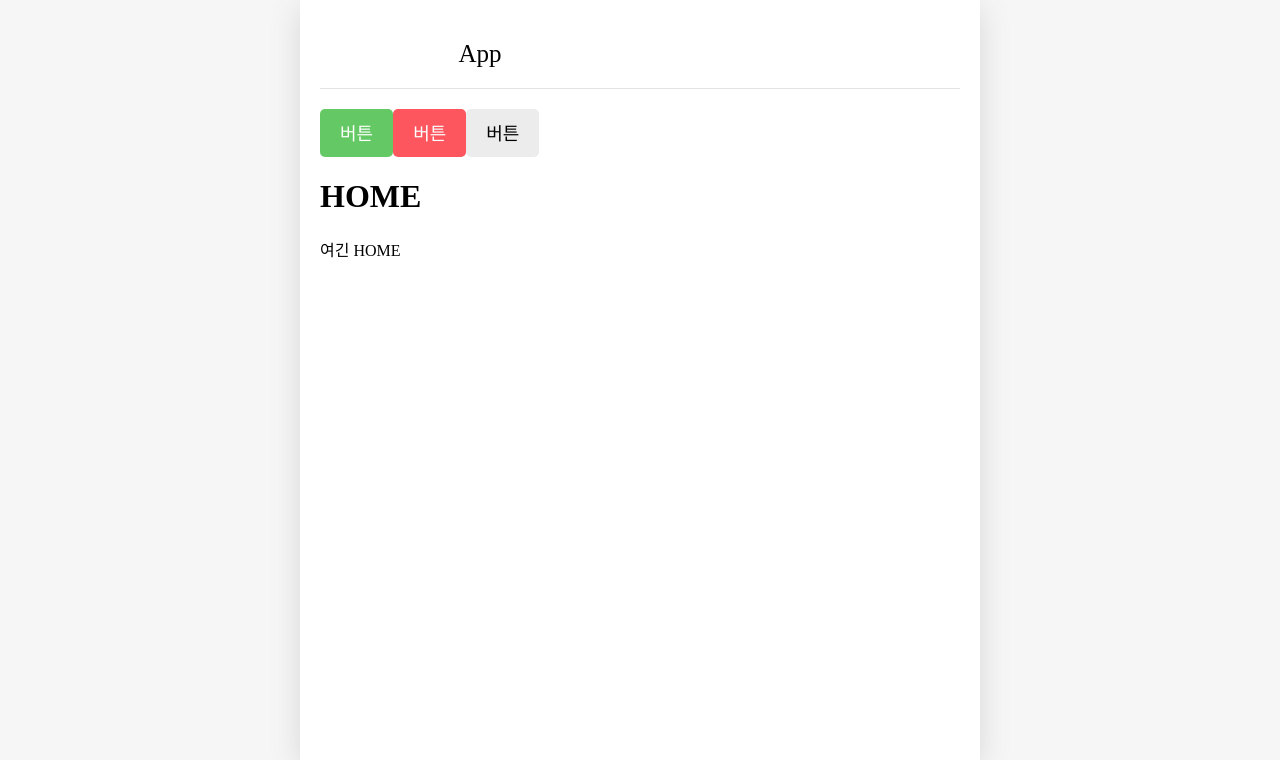
Repository: shinyoungjei/ReactStudy
Page: /
These files come from the project's save history. The page is drawn as it stood at one moment and after the next save; the edit follows.
The browser window is 1280 px wide. The pictures show the whole page.
Some web fonts or font styles are not loaded; a fallback is used. The project was rebuilt for these pictures with package versions that can differ from the ones it lists, and the page was loaded fresh each time. Also part of the build but not shown: src/pages/Diary.js, src/pages/Edit.js, src/pages/New.js.

Above is the page before, as saved 2022-07-16 00:58:31.

After the next save:
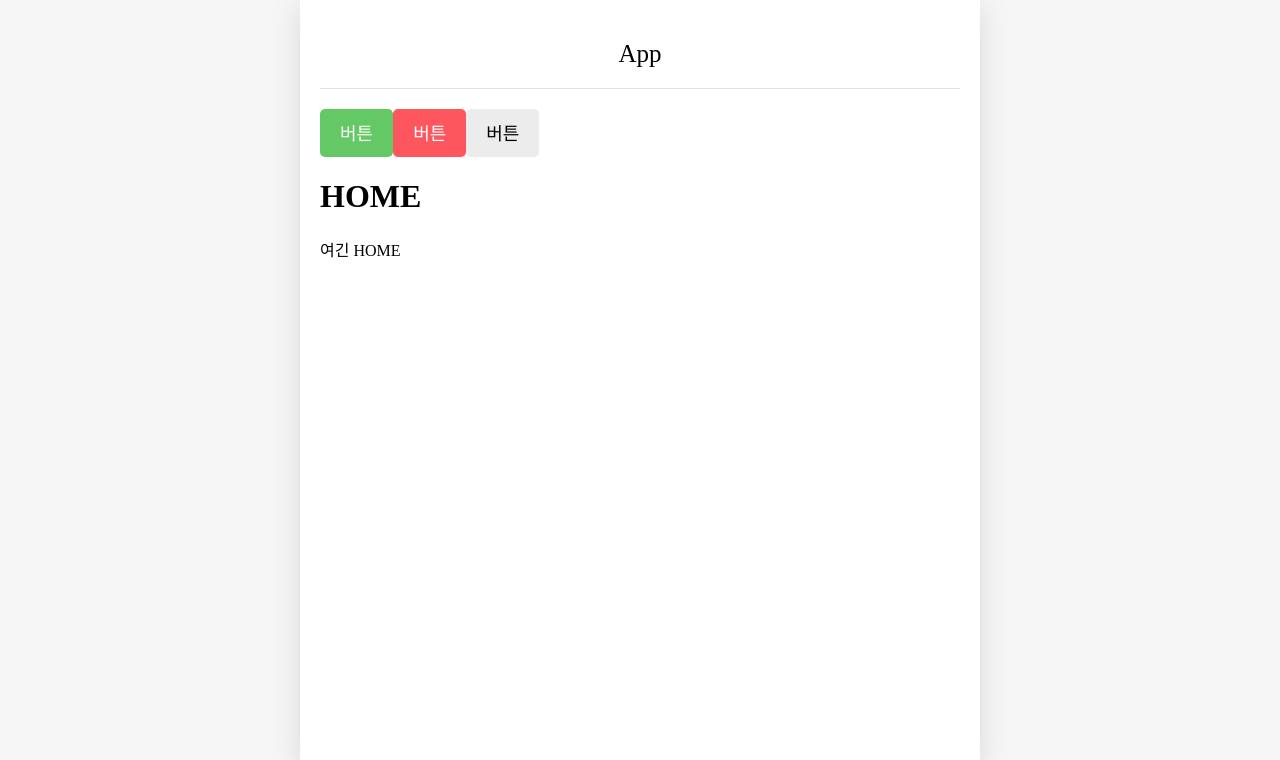
Saved 37 s later.
--- a/src/App.css
+++ b/src/App.css
@@ -95,3 +95,11 @@ header .head_text {
   font-size: 25px;
   justify-content: center;
 }
+
+header .head_btn_left {
+  width: 25%;
+}
+
+header .head_btn_right {
+  width: 25%;
+}
